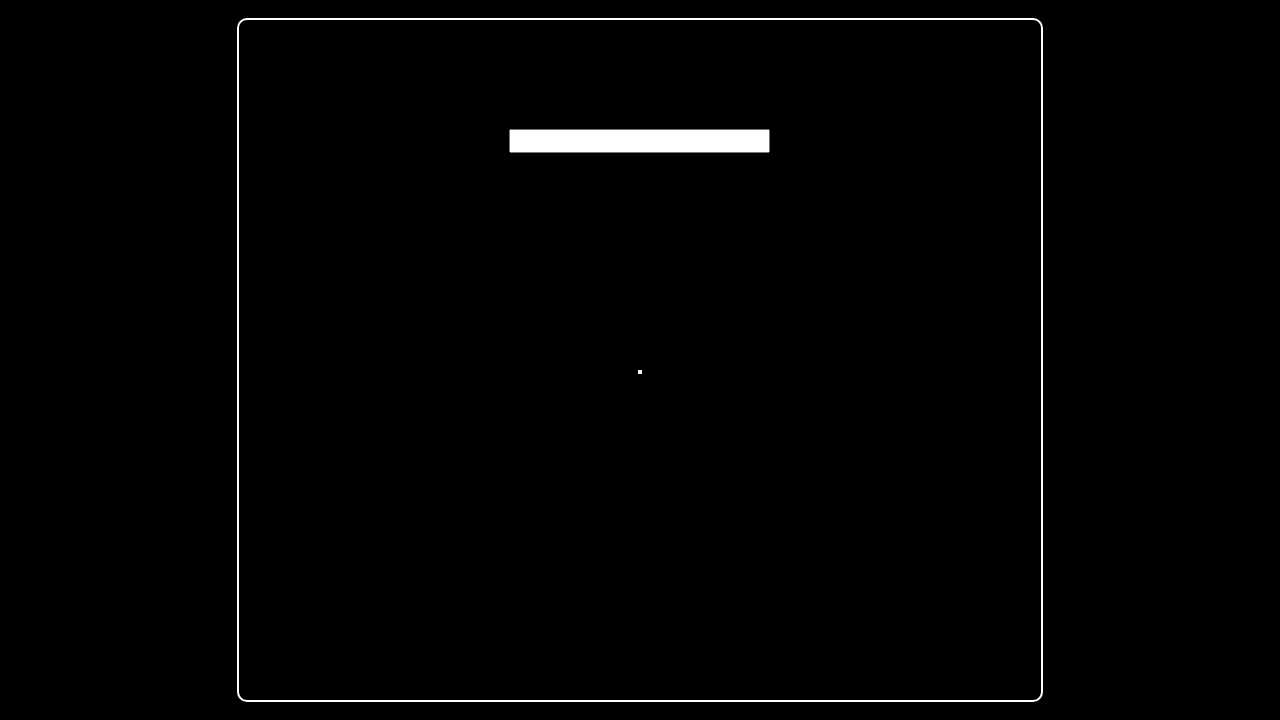
Repository: NarekTovmasyan/promise
Page: inex.html
These files come from the project's save history. The page is drawn as it stood at one moment and after the next save; the edit follows.
The browser window is 1280 px wide. The pictures show the whole page.

Above is the page before, as saved 2022-02-21 20:17:03.
Not found: Caesar-Materica-Ocra-Grip-225x453-cm-AFU6-Casa39.jpg

After the next save:
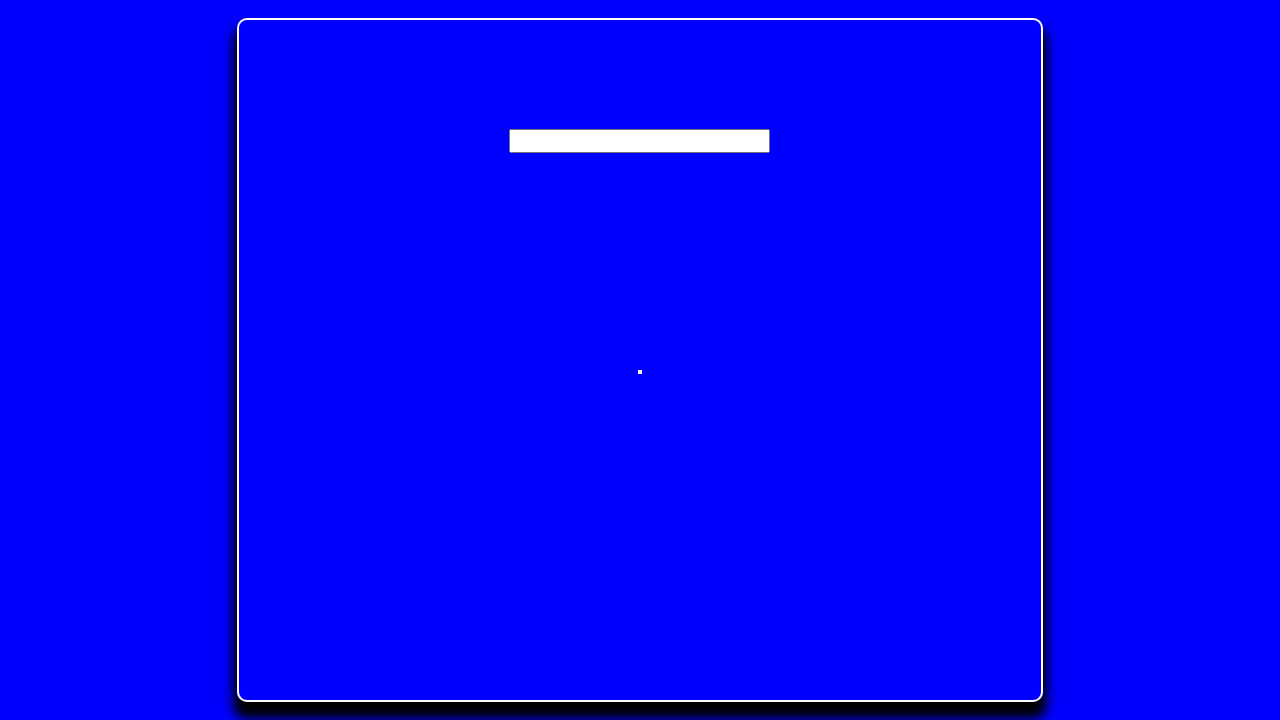
Saved 21 s later.
--- a/style.css
+++ b/style.css
@@ -7,7 +7,7 @@
 }
 
 .body {
-    background-color: black;
+    background-color: blue;
     position: absolute;
     width: 100%;
     height: 100%;
